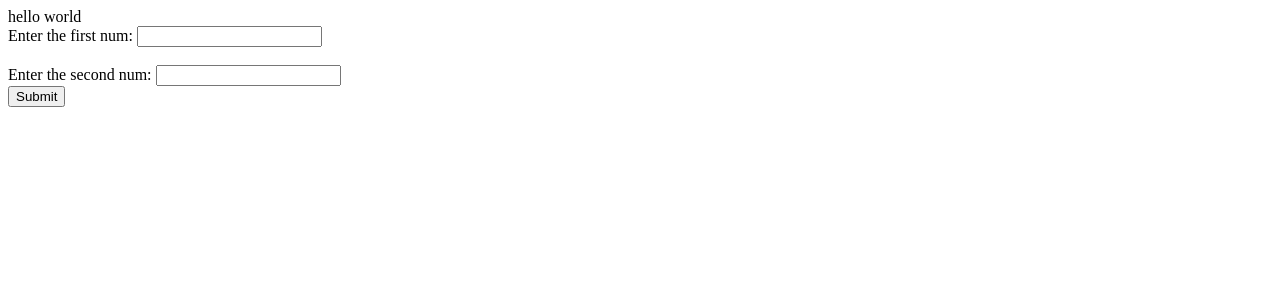
Repository: shakil51298/JSP_PROJECT
Page: DemoProject/src/main/webapp/index.html
The author's editor kept a copy of each file at every save. The page is drawn from the files as they stood at one save, then again after the next save.
The browser window is 1280 px wide. The pictures show the whole page.

Above is the page before, as saved 2022-02-28 09:35:05.

### DemoProject/src/main/webapp/index.html
<!DOCTYPE html>
<html>
<body>
hello world
<form action="add">
Enter the first num: <input type="text" name="num1"/> <br/>
<br/>
Enter the second num: <input type="text" name="num2"/>
<br/>
<input type ="submit">
</form>
</body>
</html>

After the next save:
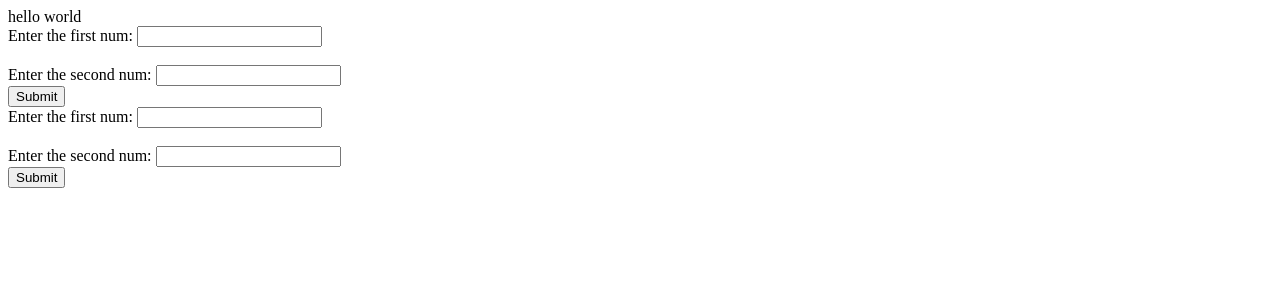
Saved 43 s later.
--- a/DemoProject/src/main/webapp/index.html
+++ b/DemoProject/src/main/webapp/index.html
@@ -9,5 +9,13 @@ Enter the second num: <input type="text" name="num2"/>
 <br/>
 <input type ="submit">
 </form>
+
+<form action="minus">
+Enter the first num: <input type="text" name="num1"/> <br/>
+<br/>
+Enter the second num: <input type="text" name="num2"/>
+<br/>
+<input type ="submit">
+</form>
 </body>
 </html>
